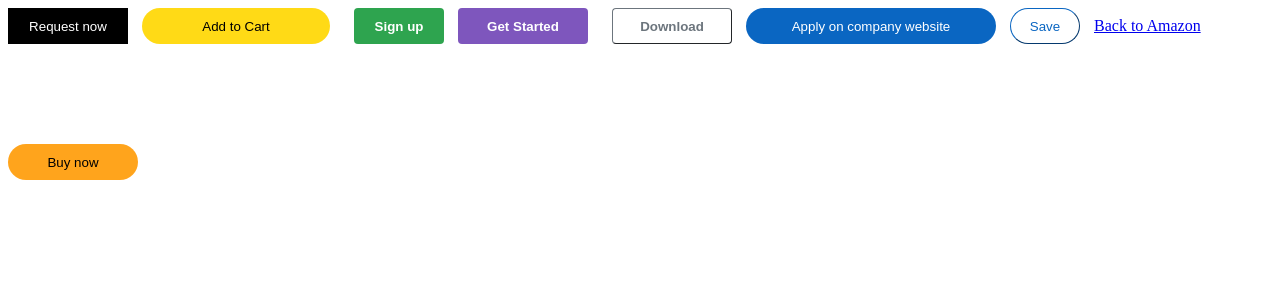
Repository: Kurumilli/Youtube
Page: Exercise3.html
These files come from the project's save history. The page is drawn as it stood at one moment and after the next save; the edit follows.
The browser window is 1280 px wide. The pictures show the whole page.
The pointer rests on the first visible `.buynow`.

Above is the page before, as saved 2025-01-25 12:50:08.

### Exercise3.html
<html>
    <body>
        <style>
            .uber{
                background-color: black;
                color: white;
                height:36px;
                border: none;
                width: 120px;
                margin-bottom: 100px;
                cursor: pointer;
                margin-right: 10px;
                transition: opacity 0.15s;
            }
            .uber:hover{
                opacity: 0.7;
            }

            .amazon{
                background-color:rgb(255,218,22) ;
                height: 36px;
                width: 188px;
                border: none;
                border-radius: 18px;
                margin-right: 10px;
                cursor: pointer;
                transition: background-color 0.15s;
            }

                .amazon:hover{
                    background-color:rgb(255,210,15) ; ;
                }

                .github{
                    background-color:rgb(46,164,79) ;
                    color: white;
                    height: 36px;
                    width: 90px;
                    border-radius: 4px;
                    margin-left: 10px;
                    cursor: pointer;
                    border:none;
                    font-weight: bold;
                    transition: box-shadow 0.15s;
                }

                .github:hover{
                    box-shadow: 8px 8px 10px rgba(0,0,0,0.15);
                }

                .bootstrap{
                    background-color:  rgb(126, 86, 189);
                    color: white;
                    font-weight: bold;
                    height: 36px;
                    width: 130px;
                    border: none;
                    border-radius: 4px;
                    cursor: pointer;
                    margin-left: 10px;
                    margin-right: 10px;
                    transition: background-color 0.15s;
                }

                .bootstrap:hover{
                    background-color: rgb(121, 82, 179);
                }

                .bootstrap2d{
                    font-weight: bold;
                    height: 36px;
                    width: 120px;
                    color: rgb(108,117,125);
                    background-color: white;
                    border-width: 1px;
                    border-color: rgb(108,117,125);
                    border-radius: 4px;
                    margin-left: 10px;
                    margin-right: 10px;
                    cursor: pointer;
                    transition: background-color, color 0.15s;
                }

                .bootstrap2d:hover{
                    background-color: rgb(108,117,125);
                    color: white;
                }

                .linkedin{
                background-color: rgb(10,102,194);
                color: white;
                height: 36px;
                width: 250px;
                border: none;
                cursor: pointer;
                border-radius: 18px;
                margin-right: 10px;
                transition: background-color 0.15s;
            }

            .linkedin:hover{
                background-color: rgb(5,90,160);
            }

            .linkedin2q{
                background-color: white;
                color:rgb(10,102,194);
                height: 36px;
                width: 70px;
                cursor: pointer;
                border-radius: 18px;
                border-color:rgb(10,102,194) ;
                border-width: 1px;
                margin-right: 10px;
                transition:background-color, border-width, border-color 0.15s
            }

            .linkedin2q:hover{
                 background-color: lightcyan;
                 font-weight: bold;
                 border-width: 2px;
                 border-color: rgb(10,102,194);
            }
             .a:hover{
                color: orange;
             }

             .buynow{
                background-color: rgb(255,164,28);
                height: 36px;
                width: 130px;
                border-radius: 18px;
                cursor: pointer;
                border: none;
             }
         </style>
         <button class="uber">
            Request now
        </button>

        <button class="amazon">
            Add to Cart
        </button>

        <button class="github">
             Sign up
        </button>

        <button class="bootstrap">
            Get Started
        </button>

        <button class="bootstrap2d">
            Download
        </button>

        <button class="linkedin">
            Apply on company website
        </button>

        <button class="linkedin2q">
            Save
        </button>

        <a class="a" href="https://www.amazon.in/?&tag=googhydrabk1-21&ref=pd_sl_5szpgfto9i_e&adgrpid=155259813593&hvpone=&hvptwo=&hvadid=674893540034&hvpos=&hvnetw=g&hvrand=12349396605786975803&hvqmt=e&hvdev=c&hvdvcmdl=&hvlocint=&hvlocphy=9147615&hvtargid=kwd-64107830&hydadcr=14452_2316413&gad_source=1">
            Back to Amazon
        </a>

        <button class="buynow">
            Buy now
        </button>
     </body>
</html>

After the next save:
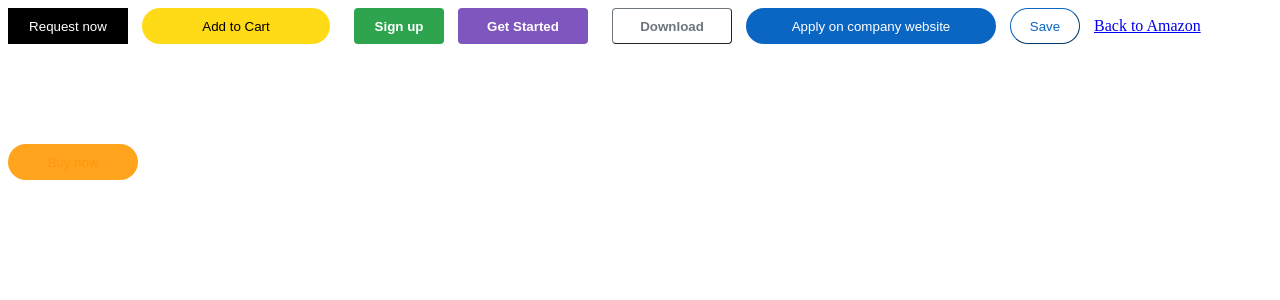
Saved 66 s later.
--- a/Exercise3.html
+++ b/Exercise3.html
@@ -133,6 +133,10 @@
                 cursor: pointer;
                 border: none;
              }
+
+             .buynow:hover{
+                color: rgb(255,150,20);
+             }
          </style>
          <button class="uber">
             Request now
